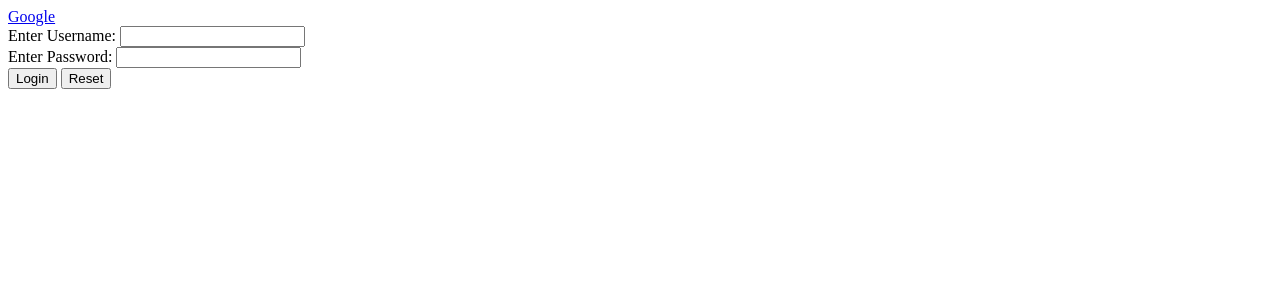
Repository: aditiee/CybageTraining
Page: Advance Java/demos/ServletFeatures/WebContent/Login.html
An editor plug-in stored every save of this project. The page is shown before and after the next save, followed by the edit.
The browser window is 1280 px wide. The pictures show the whole page.

Above is the page before, as saved 2019-02-06 08:56:39.

After the next save:
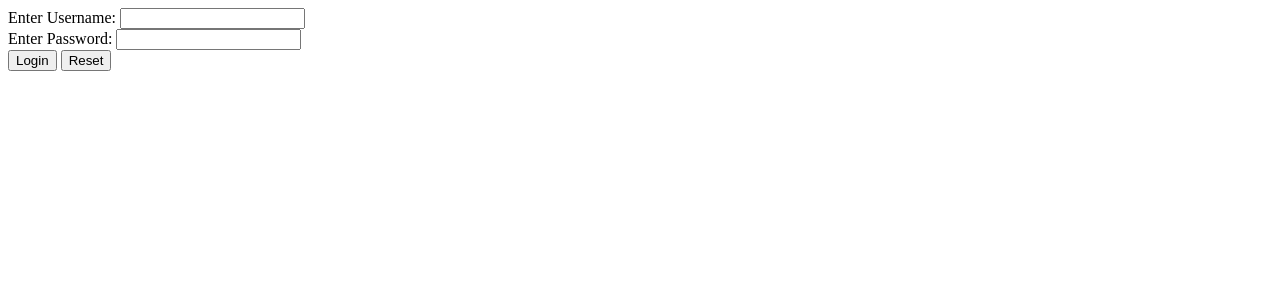
Saved 9 min 38 s later.
--- a/Advance Java/demos/ServletFeatures/WebContent/Login.html
+++ b/Advance Java/demos/ServletFeatures/WebContent/Login.html
@@ -5,7 +5,7 @@
 <title>Insert title here</title>
 </head>
 <body>
-<a href="https://www.google.com">Google</a>
+
 	<form method="get" action="Validate">
 
 		Enter Username: <input type="text" name="uname"><br>
